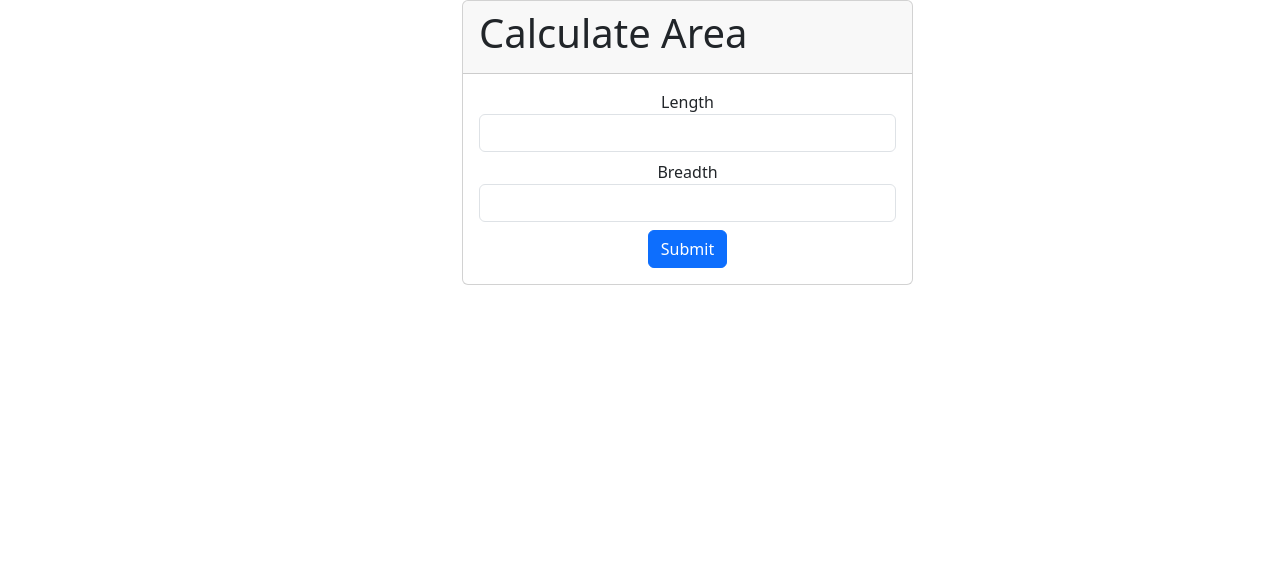
Repository: Laxman-Nath/Servlet_JSP
Page: http://localhost/Area/
These files come from the project's save history. The page is drawn as it stood at one moment and after the next save; the edit follows.
The browser window is 1280 px wide. The pictures show the whole page.
The page is served by Tomcat 9.

Above is the page before, as saved 2024-09-02 10:50:18.

### Area/src/main/webapp/Area.jsp
<%@ page language="java" contentType="text/html; charset=UTF-8"
	pageEncoding="UTF-8"%>
<!DOCTYPE html>
<html>
<head>
<meta charset="UTF-8">
<title>Area</title>
<link
	href="https://cdn.jsdelivr.net/npm/bootstrap@5.3.3/dist/css/bootstrap.min.css"
	rel="stylesheet"
	integrity="sha384-QWTKZyjpPEjISv5WaRU9OFeRpok6YctnYmDr5pNlyT2bRjXh0JMhjY6hW+ALEwIH"
	crossorigin="anonymous">
</head>
<body>
<div class="container">
<div class="row">
<div class="col-md-5 offset-md-4">
    <div class="card">
    <div class="card-header"><h1>Calculate Area</h1></div>
    <div class="card-body text-center">
	<form action="" method="post">
		<div class="mb-2">
		<label class="">Length</label><input class="form-control" type="number" name="length">
		</div>
		<div class="mb-2">
		<label class="">Breadth</label><input class="form-control" type="number" name="breadth">
		</div>
		<button type="submit" class="btn btn-primary">Submit</button>
	</form>
	</div>
</div>
</div>
</div>
</div>
</body>
<script
	src="https://cdn.jsdelivr.net/npm/bootstrap@5.3.3/dist/js/bootstrap.bundle.min.js"
	integrity="sha384-YvpcrYf0tY3lHB60NNkmXc5s9fDVZLESaAA55NDzOxhy9GkcIdslK1eN7N6jIeHz"
	crossorigin="anonymous"></script>
</html>

After the next save:
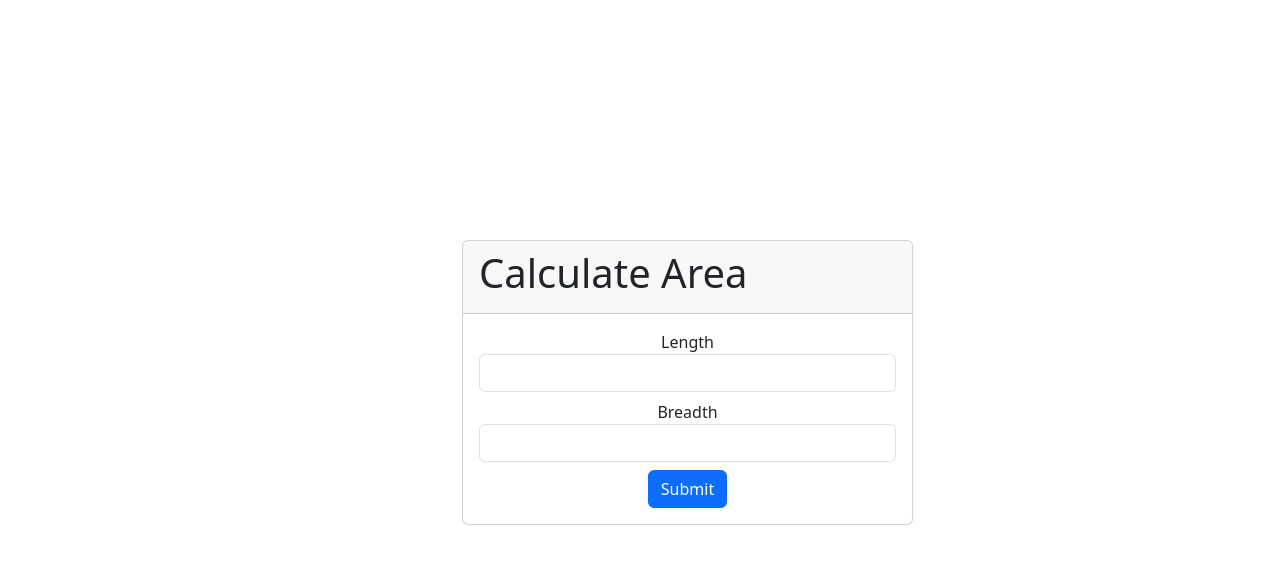
Saved 23 s later.
--- a/Area/src/main/webapp/Area.jsp
+++ b/Area/src/main/webapp/Area.jsp
@@ -12,7 +12,7 @@
 	crossorigin="anonymous">
 </head>
 <body>
-<div class="container">
+<div class="container" style="margin-top:240px;">
 <div class="row">
 <div class="col-md-5 offset-md-4">
     <div class="card">
